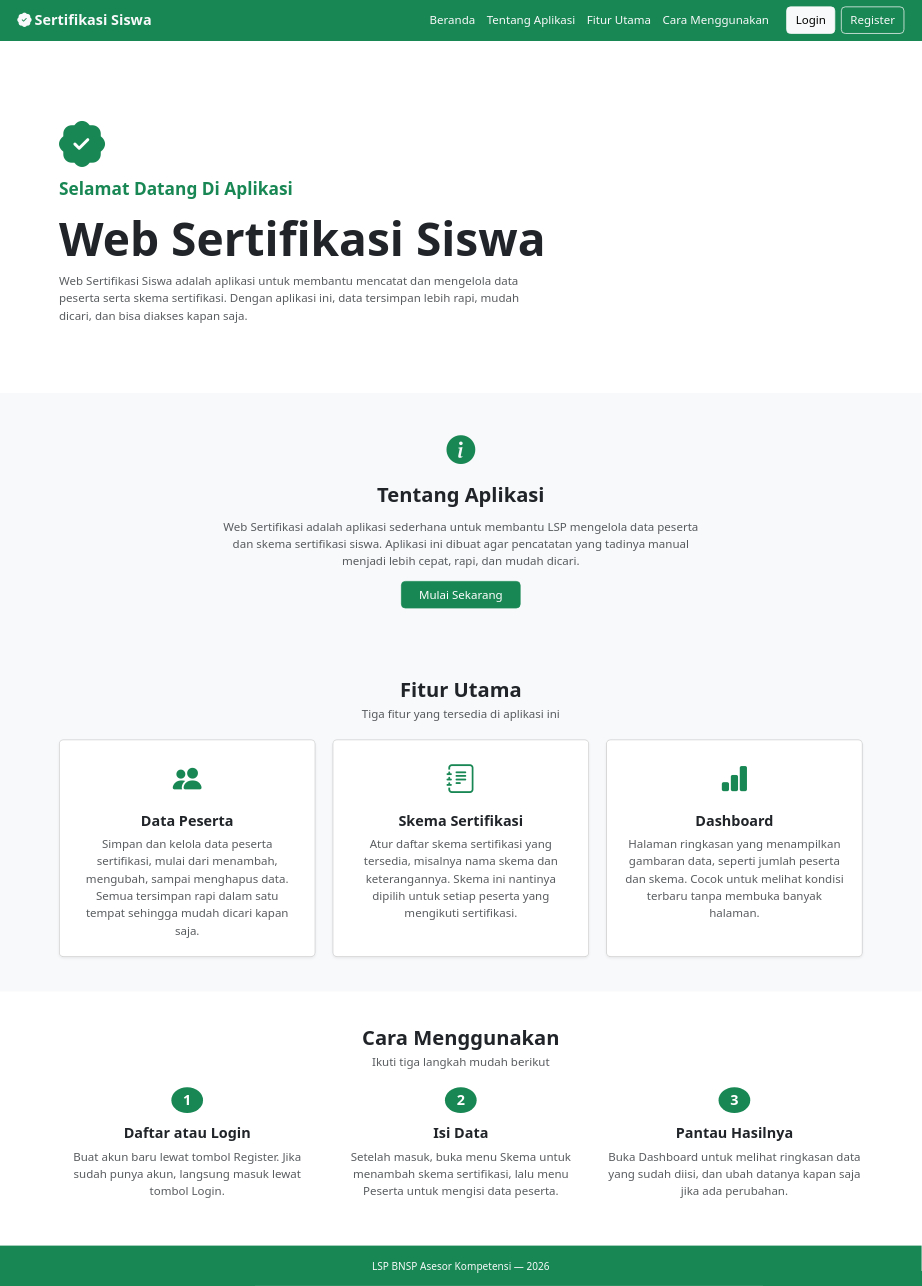
Repository: Zaki-Blip/USK_Project
Page: http://localhost/
The author's editor kept a copy of each file at every save. The page is drawn from the files as they stood at one save, then again after the next save.
The browser window is 1280 px wide. The pictures show the whole page, at 72% of full size.
The page is served by the project's Laravel application, run on PHP 8.4 with Laravel 12. Other server files are loaded and not shown.

Above is the page before, as saved 2026-10-13 17:17:34.

### routes/web.php
<?php

use Illuminate\Support\Facades\Route;
use App\Http\Controllers\AuthController;
use App\Http\Controllers\DashboardController;
use App\Http\Controllers\PesertaController;
use App\Http\Controllers\SkemaController;

// Halaman Awal (publik)
Route::view('/', 'halamanAwal')->name('halamanAwal');

// Area Guest (belum login)
Route::middleware('guest')->group(function () {
    Route::get('/login', [AuthController::class, 'showLogin'])->name('login');
    Route::post('/login', [AuthController::class, 'login']);

    Route::get('/register', [AuthController::class, 'showRegister'])->name('register');
    Route::post('/register', [AuthController::class, 'register']);
});

// Area Terproteksi (sudah login)
Route::middleware('auth')->group(function () {
    Route::post('/logout', [AuthController::class, 'logout'])->name('logout');
    Route::get('/dashboard', [DashboardController::class, 'index'])->name('dashboard');

    // Khusus admin
    Route::middleware('role:admin')->group(function () {
        Route::resource('peserta', PesertaController::class)
            ->parameters(['peserta' => 'peserta'])
            ->only(['destroy']);

        Route::resource('skema', SkemaController::class);
    });

    // Admin & user (pembatasan data dilakukan di controller)
    Route::resource('peserta', PesertaController::class)
        ->parameters(['peserta' => 'peserta'])
        ->only(['index', 'show', 'create', 'store', 'edit', 'update']);
});

### resources/views/halamanAwal.blade.php
<!DOCTYPE html>
<html lang="id">
<head>
    <meta charset="UTF-8">
    <meta name="viewport" content="width=device-width, initial-scale=1">
    <title>Selamat Datang - Web Sertifikasi</title>
    <link href="https://cdn.jsdelivr.net/npm/bootstrap@5.3.0/dist/css/bootstrap.min.css" rel="stylesheet">
    <link href="https://cdn.jsdelivr.net/npm/bootstrap-icons@1.11.0/font/bootstrap-icons.css" rel="stylesheet">
    <style>
        html { scroll-behavior: smooth; }
        section { scroll-margin-top: 70px; } /* supaya judul tidak tertutup oleh navbar */
    </style>
</head>
<body class="bg-white">

<nav class="navbar navbar-expand-md bg-success sticky-top">
    <div class="container-fluid px-4">
        <a href="#beranda" class="navbar-brand fw-bold text-light">
            <i class="bi bi-patch-check-fill me-1"></i>Sertifikasi Siswa
        </a>
        <button class="navbar-toggler bg-light" type="button" data-bs-toggle="collapse" data-bs-target="#menu">
            <span class="navbar-toggler-icon"></span>
        </button>
        <div class="collapse navbar-collapse" id="menu">
            <ul class="navbar-nav ms-auto me-md-3">
                <li class="nav-item"><a class="nav-link text-light" href="#beranda">Beranda</a></li>
                <li class="nav-item"><a class="nav-link text-light" href="#tentang">Tentang Aplikasi</a></li>
                <li class="nav-item"><a class="nav-link text-light" href="#fitur">Fitur Utama</a></li>
                <li class="nav-item"><a class="nav-link text-light" href="#cara">Cara Menggunakan</a></li>
            </ul>
            <div class="d-flex gap-2 mt-2 mt-md-0">
                <a href="{{ route('login') }}" class="btn btn-light">Login</a>
                <a href="{{ route('register') }}" class="btn btn-outline-light">Register</a>
            </div>
        </div>
    </div>
</nav>
@if(session('sukses'))
    <div class="alert alert-success text-center mb-0 rounded-0">{{ session('sukses') }}</div>
@endif
<section id="beranda" class="container text-start py-5">
    <div class="py-5">
        <i class="bi bi-patch-check-fill text-success" style="font-size: 4rem;"></i>
        <h4 class="text-success fw-bold">Selamat Datang Di Aplikasi</h4>
        <h1 class="display-3 fw-bold mt-3">Web Sertifikasi Siswa</h1>
        <p class="text-muted mb-0" style="max-width: 650px;">
            Web Sertifikasi Siswa adalah aplikasi untuk membantu mencatat dan mengelola
            data peserta serta skema sertifikasi. Dengan aplikasi ini, data tersimpan
            lebih rapi, mudah dicari, dan bisa diakses kapan saja.
        </p>
    </div>
</section>
<section id="tentang" class="bg-light py-5">
    <div class="container text-center" style="max-width: 700px;">
        <i class="bi bi-info-circle-fill text-success" style="font-size: 2.5rem;"></i>
        <h3 class="fw-bold mt-3 mb-3">Tentang Aplikasi</h3>
        <p class="text-muted">
            Web Sertifikasi adalah aplikasi sederhana untuk membantu LSP mengelola data
            peserta dan skema sertifikasi siswa. Aplikasi ini dibuat agar pencatatan yang
            tadinya manual menjadi lebih cepat, rapi, dan mudah dicari.
        </p>
        <a href="{{ route('login') }}" class="btn btn-success px-4">Mulai Sekarang</a>
    </div>
</section>
<section id="fitur" class="bg-light py-5">
    <div class="container text-center">
        <h3 class="fw-bold mb-1">Fitur Utama</h3>
        <p class="text-muted mb-4">Tiga fitur yang tersedia di aplikasi ini</p>

        <div class="row g-4">
            <div class="col-md-4">
                <div class="card h-100 shadow-sm p-4">
                    <i class="bi bi-people-fill text-success" style="font-size: 2.5rem;"></i>
                    <h5 class="fw-bold mt-3">Data Peserta</h5>
                    <p class="text-muted mb-0">
                        Simpan dan kelola data peserta sertifikasi, mulai dari menambah,
                        mengubah, sampai menghapus data. Semua tersimpan rapi dalam satu tempat
                        sehingga mudah dicari kapan saja.
                    </p>
                </div>
            </div>
            <div class="col-md-4">
                <div class="card h-100 shadow-sm p-4">
                    <i class="bi bi-journal-text text-success" style="font-size: 2.5rem;"></i>
                    <h5 class="fw-bold mt-3">Skema Sertifikasi</h5>
                    <p class="text-muted mb-0">
                        Atur daftar skema sertifikasi yang tersedia, misalnya nama skema dan
                        keterangannya. Skema ini nantinya dipilih untuk setiap peserta yang
                        mengikuti sertifikasi.
                    </p>
                </div>
            </div>
            <div class="col-md-4">
                <div class="card h-100 shadow-sm p-4">
                    <i class="bi bi-bar-chart-fill text-success" style="font-size: 2.5rem;"></i>
                    <h5 class="fw-bold mt-3">Dashboard</h5>
                    <p class="text-muted mb-0">
                        Halaman ringkasan yang menampilkan gambaran data, seperti jumlah peserta
                        dan skema. Cocok untuk melihat kondisi terbaru tanpa membuka banyak halaman.
                    </p>
                </div>
            </div>
        </div>
    </div>
</section>

<section id="cara" class="container text-center py-5">
    <h3 class="fw-bold mb-1">Cara Menggunakan</h3>
    <p class="text-muted mb-4">Ikuti tiga langkah mudah berikut</p>

    <div class="row g-4">
        <div class="col-md-4">
            <span class="badge bg-success rounded-circle fs-5 px-3 py-2">1</span>
            <h5 class="fw-bold mt-3">Daftar atau Login</h5>
            <p class="text-muted">
                Buat akun baru lewat tombol Register. Jika sudah punya akun,
                langsung masuk lewat tombol Login.
            </p>
        </div>
        <div class="col-md-4">
            <span class="badge bg-success rounded-circle fs-5 px-3 py-2">2</span>
            <h5 class="fw-bold mt-3">Isi Data</h5>
            <p class="text-muted">
                Setelah masuk, buka menu Skema untuk menambah skema sertifikasi,
                lalu menu Peserta untuk mengisi data peserta.
            </p>
        </div>
        <div class="col-md-4">
            <span class="badge bg-success rounded-circle fs-5 px-3 py-2">3</span>
            <h5 class="fw-bold mt-3">Pantau Hasilnya</h5>
            <p class="text-muted">
                Buka Dashboard untuk melihat ringkasan data yang sudah diisi,
                dan ubah datanya kapan saja jika ada perubahan.
            </p>
        </div>
    </div>
</section>



<div class="bg-success text-light text-center py-3">
    <small>LSP BNSP Asesor Kompetensi — 2026</small>
</div>

<script src="https://cdn.jsdelivr.net/npm/bootstrap@5.3.0/dist/js/bootstrap.bundle.min.js"></script>
</body>
</html>

After the next save:
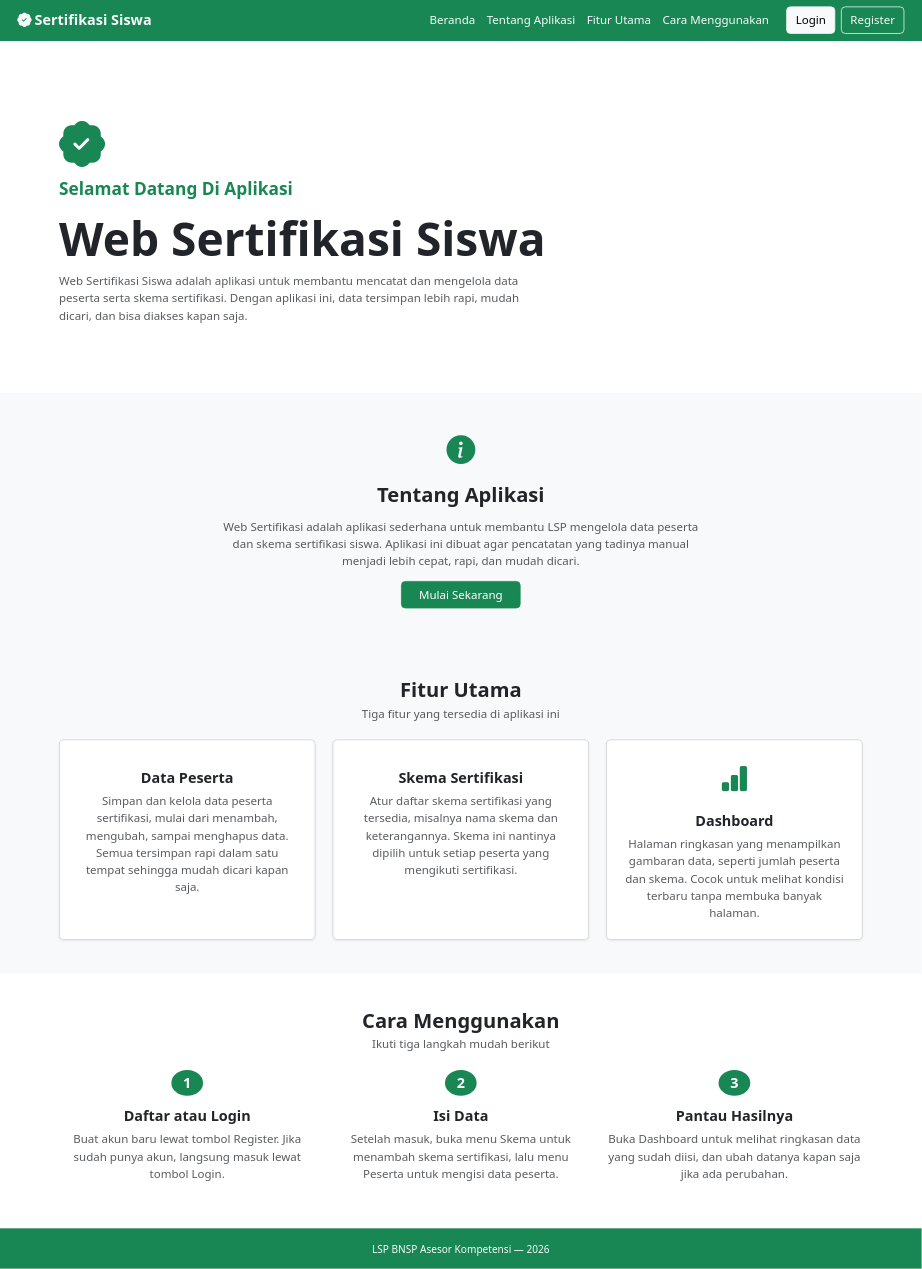
Saved 5 min 51 s later.
--- a/resources/views/halamanAwal.blade.php
+++ b/resources/views/halamanAwal.blade.php
@@ -70,7 +70,7 @@
         <div class="row g-4">
             <div class="col-md-4">
                 <div class="card h-100 shadow-sm p-4">
-                    <i class="bi bi-people-fill text-success" style="font-size: 2.5rem;"></i>
+                    <i class="text-success" style="font-size: 2.5rem;"></i>
                     <h5 class="fw-bold mt-3">Data Peserta</h5>
                     <p class="text-muted mb-0">
                         Simpan dan kelola data peserta sertifikasi, mulai dari menambah,
@@ -81,7 +81,7 @@
             </div>
             <div class="col-md-4">
                 <div class="card h-100 shadow-sm p-4">
-                    <i class="bi bi-journal-text text-success" style="font-size: 2.5rem;"></i>
+                    <i class="text-success" style="font-size: 2.5rem;"></i>
                     <h5 class="fw-bold mt-3">Skema Sertifikasi</h5>
                     <p class="text-muted mb-0">
                         Atur daftar skema sertifikasi yang tersedia, misalnya nama skema dan
